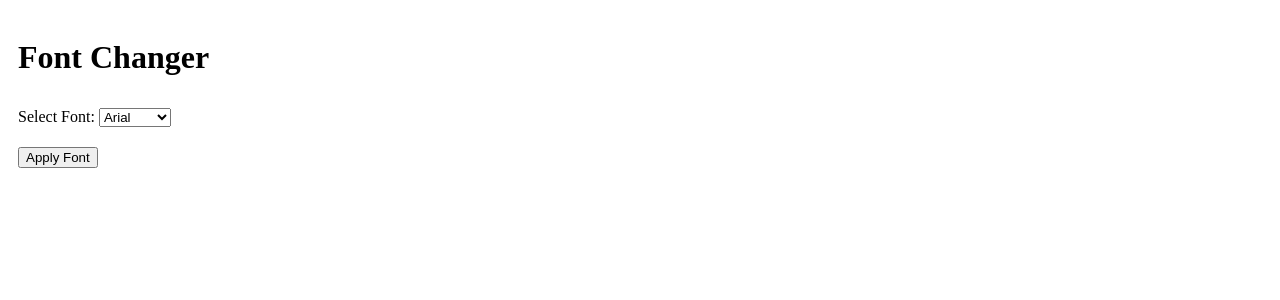
Repository: adatechschool/extension-navigateur-extension_walid_eliana_imelda
Page: extention 5/popup.html
The author's editor kept a copy of each file at every save. The page is drawn from the files as they stood at one save, then again after the next save.
The browser window is 1280 px wide. The pictures show the whole page.

Above is the page before, as saved 2024-01-18 23:50:06.

After the next save:
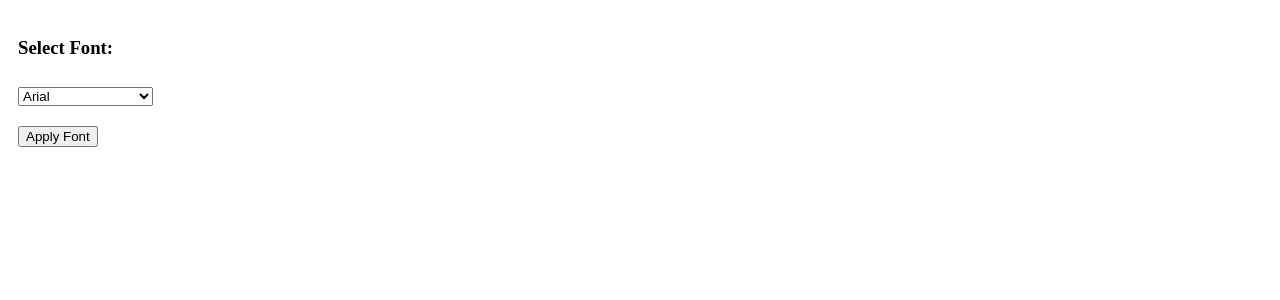
Console error: TypeError: Cannot read properties of null (reading 'addEventListener')
Saved 15 min 47 s later.
--- a/extention 5/popup.html
+++ b/extention 5/popup.html
@@ -1,28 +1,17 @@
 <!DOCTYPE html>
-<html lang="en">
-
+<html>
 <head>
+  <title>Font Changer</title>
   <link rel="stylesheet" type="text/css" href="popup.css">
-  <script type="module" src="popup.js"></script>
-
-  <link rel="preconnect" href="https://fonts.googleapis.com">
-  <link rel="preconnect" href="https://fonts.gstatic.com" crossorigin>
-  <link href="https://fonts.googleapis.com/css2?family=Montserrat:wght@400;700&display=swap" rel="stylesheet">
+  <script src="popup.js"></script>
 </head>
-
 <body>
-  <h1>Font Changer</h1>
-
-  <label for="font-selector">Select Font:</label>
-
-  <select id="font-selector">
+  <h3>Select Font:</h3>
+  <select id="fontSelector">
     <option value="Arial">Arial</option>
-    <option value="Verdana">Verdana</option>
-    <option value="Georgia">Georgia</option>
-    <!-- Add more font options as needed -->
+    <option value="Times New Roman">Times New Roman</option>
+    <option value="Courier New">Courier New</option>
   </select>
-
-  <button id="apply-font">Apply Font</button>
+  <button id="applyFont">Apply Font</button>
 </body>
-
 </html>
